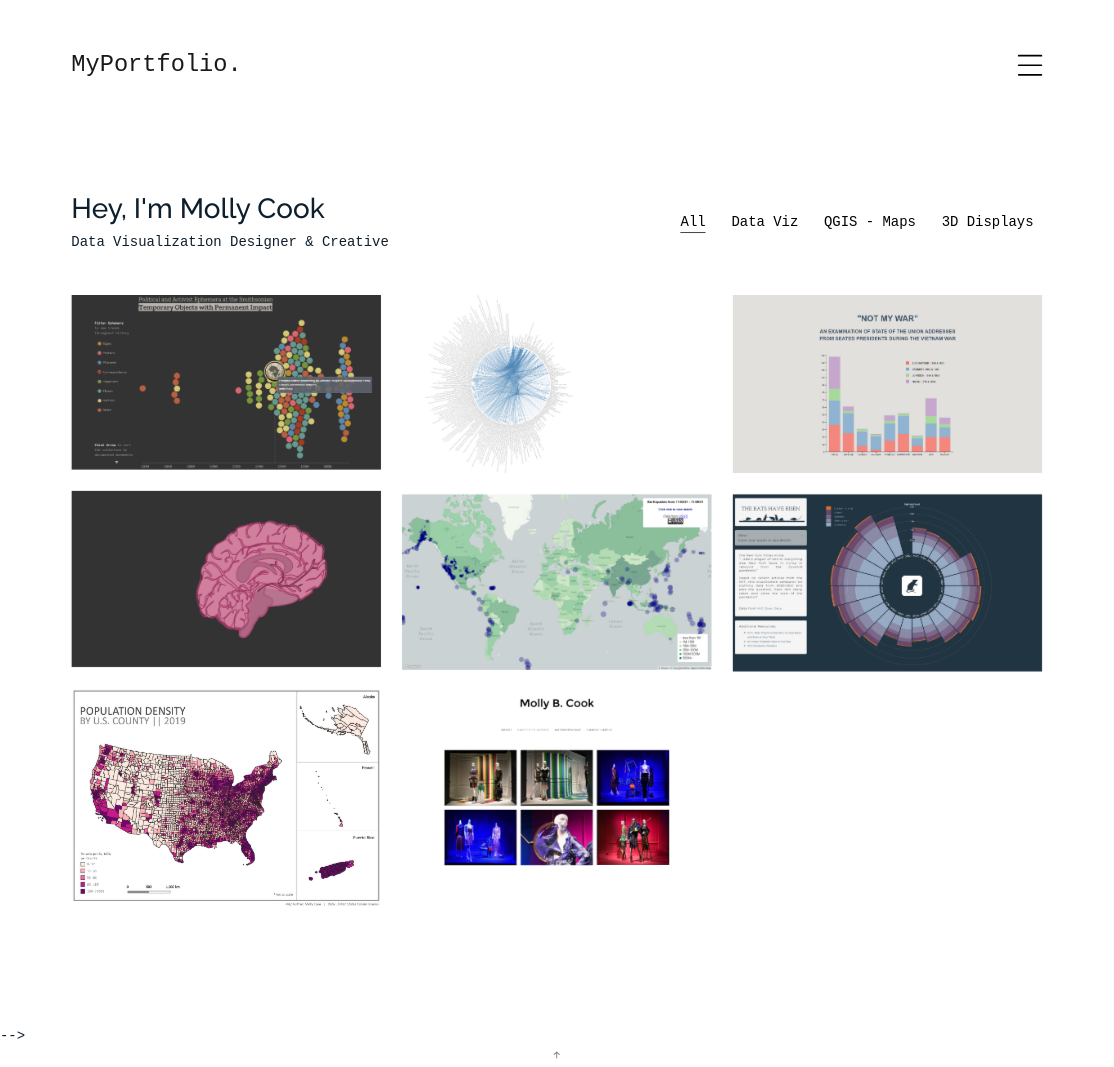
Repository: m0llyc00k/portfolio-2
Page: index.html
The author's editor kept a record of every edit. The page is drawn from the files as they stood at one moment, then again after the next edit.
The browser window is 1280 px wide. The pictures show the whole page, at 87% of full size.
Some web fonts or font styles are not loaded; a fallback is used.

Above is the page before.

### index.html
<!DOCTYPE html>
<html lang="en">

<head>
  <meta charset="utf-8">
  <meta content="width=device-width, initial-scale=1.0" name="viewport">

  <title>Molly Cook's Portfolio</title>
  <meta content="" name="description">
  <meta content="" name="keywords">

  <!-- Favicons -->
  <link href="assets/img/favicon.png" rel="icon">
  <link href="assets/img/apple-touch-icon.png" rel="apple-touch-icon">

  <!-- Google Fonts -->
  <link href="https://fonts.googleapis.com/css?family=https://fonts.googleapis.com/css?family=Inconsolata:400,500,600,700|Raleway:400,400i,500,500i,600,600i,700,700i" rel="stylesheet">

  <!-- Vendor CSS Files -->
  <link href="assets/vendor/aos/aos.css" rel="stylesheet">
  <link href="assets/vendor/bootstrap/css/bootstrap.min.css" rel="stylesheet">
  <link href="assets/vendor/bootstrap-icons/bootstrap-icons.css" rel="stylesheet">
  <link href="assets/vendor/swiper/swiper-bundle.min.css" rel="stylesheet">

  <!-- Template Main CSS File -->
  <link href="assets/css/style.css" rel="stylesheet">

  <!-- =======================================================
  * Template Name: MyPortfolio - v4.7.0
  * Template URL: https://bootstrapmade.com/myportfolio-bootstrap-portfolio-website-template/
  * Author: BootstrapMade.com
  * License: https://bootstrapmade.com/license/
  ======================================================== -->
</head>

<body>

  <!-- ======= Navbar ======= -->
  <div class="collapse navbar-collapse custom-navmenu" id="main-navbar">
    <div class="container py-2 py-md-5">
      <div class="row align-items-start">
        <div class="col-md-2">
          <ul class="custom-menu">

            <!--<li><a href="contact.html">Contact</a></li>-->
            <li><h3>About Me:</h3></li>

          </ul>
        </div>
        <div class="col-md-6 d-none d-md-block  mr-auto">
          <div class="tweet d-flex">
            <!--<span class="bi bi-twitter text-white mt-2 mr-3"></span>-->
            <div>
              <p><em>Molly Cook is a data visualization designer living in Queens, New York. She is currently enrolled in the Masters of Science, Data Visualization program and is set to graduate in May, 2022. </em></p>
            </div>
          </div>
        </div>
        <div class="col-md-4 d-none d-md-block">
          <h3>My Skillset</h3>
          <p>HTML, CSS, and Javascript. Molly is also proficient in Adobe Creative Suite and relies on her drafting and prototyping skills heavily in her design process. <br><b>Contact:</b> <br><b>Mollyc628@gmail.com</b></p>
        </div>
      </div>

    </div>
  </div>

  <nav class="navbar navbar-light custom-navbar">
    <div class="container">
      <a class="navbar-brand" href="index.html">MyPortfolio.</a>
      <a href="#" class="burger" data-bs-toggle="collapse" data-bs-target="#main-navbar">
        <span></span>
      </a>
    </div>
  </nav>

  <main id="main">

    <!-- ======= Works Section ======= -->
    <section class="section site-portfolio">
      <div class="container">
        <div class="row mb-5 align-items-center">
          <div class="col-md-12 col-lg-6 mb-4 mb-lg-0" data-aos="fade-up">
            <h2>Hey, I'm Molly Cook</h2>
            <p class="mb-0">Data Visualization Designer &amp; Creative</p>
          </div>
          <div class="col-md-12 col-lg-6 text-start text-lg-end" data-aos="fade-up" data-aos-delay="100">
            <div id="filters" class="filters">
              <a href="#" data-filter="*" class="active">All</a>
              <a href="#" data-filter=".data-viz">Data Viz</a>
              <a href="#" data-filter=".maps">QGIS - Maps</a>
              <!--<a href="#" data-filter=".branding">Branding</a>-->
              <a href="#" data-filter=".displays">3D Displays</a>
            </div>
          </div>
        </div>

        <div id="portfolio-grid" class="row no-gutter" data-aos="fade-up" data-aos-delay="200">
          <div class="item data-viz col-sm-6 col-md-4 col-lg-4 mb-4">
            <a href="work-single-bubble.html" class="item-wrap fancybox">
              <div class="work-info">
                <h3>Temporary Objects with Permanent Impact: Ephemera at the Smithsonian</h3>
                <span>Data Viz</span>
              </div>
              <img class="img-fluid" src="assets/img/bubble-overview.png">
            </a>
          </div>
          <div class="item data-viz col-sm-6 col-md-4 col-lg-4 mb-4">
            <a href="work-single-chord.html" class="item-wrap fancybox">
              <div class="work-info">
                <h3>Titles and Topics: Ephemera at the Smithsonian</h3>
                <span>Data Viz</span>
              </div>
              <img class="img-fluid" src="assets/img/chord-overview.png">
            </a>
          </div>
          <div class="item data-viz col-sm-6 col-md-4 col-lg-4 mb-4">
            <a href="work-single-war.html" class="item-wrap fancybox">
              <div class="work-info">
                <h3>"Not My War"</h3>
                <span>Data Viz</span>
              </div>
              <img class="img-fluid" src="assets/img/war-overview.png">
            </a>
          </div>


          <div class="item data-viz col-sm-6 col-md-4 col-lg-4 mb-4">
            <a href="work-single-thesis.html" class="item-wrap fancybox">
              <div class="work-info">
                <h3>Thesis - Pain & The Morphine Molecule</h3>
                <span>Under Construction</span>
              </div>
              <img class="img-fluid" src="assets/img/brain.png">
            </a>
          </div>
          <div class="item data-viz col-sm-6 col-md-4 col-lg-4 mb-4">
            <a href="work-single-rats.html" class="item-wrap fancybox">
              <div class="work-info">
                <h3>The Rats Have Risen</h3>
                <span>Data Viz</span>
              </div>
              <img class="img-fluid" src="assets/img/rats-overview.png">
            </a>
          </div>
          <div class="item data-viz col-sm-6 col-md-4 col-lg-4 mb-4">
            <a href="work-single-quake.html" class="item-wrap fancybox">
              <div class="work-info">
                <h3>Earthquakes, November 2021</h3>
                <span>Data Viz</span>
              </div>
              <img class="img-fluid" src="assets/img/earthquake-overview.png">
            </a>
          </div>

          <div class="item maps col-sm-6 col-md-4 col-lg-4 mb-4">
            <a href="work-single-gis.html" class="item-wrap fancybox">
              <div class="work-info">
                <h3>QGIS Works</h3>
                <span>Maps & Layouts</span>
              </div>
              <img class="img-fluid" src="assets/img/pop_by_county_2019_MollyCook.jpg">
            </a>
          </div>
          <div class="item displays col-sm-6 col-md-4 col-lg-4 mb-4">
            <a href="work-single-display.html" class="item-wrap fancybox">
              <div class="work-info">
                <h3>3D Display Production</h3>
                <span>3D Displays</span>
              </div>
              <img class="img-fluid" src="assets/img/display-overview.png">
            </a>
          </div>
        </div>

      </div>

    </section><!-- End  Works Section -->


    <!-- ======= Services Section ======= -->
    <!--<section class="section services">-->
    <!--  <div class="container">-->
    <!--    <div class="row justify-content-center text-center mb-4">-->
    <!--      <div class="col-5">-->
    <!--        <h3 class="h3 heading">My Services</h3>-->
    <!--        <p>Lorem ipsum dolor sit amet consectetur adipisicing elit explicabo inventore.</p>-->
    <!--      </div>-->
    <!--    </div>-->
    <!--    <div class="row">-->

    <!--      <div class="col-12 col-sm-6 col-md-6 col-lg-3">-->
    <!--        <i class="bi bi-card-checklist"></i>-->
    <!--        <h4 class="h4 mb-2">data-viz</h4>-->
    <!--        <p>Lorem ipsum dolor sit amet consectetur adipisicing elit explicabo inventore.</p>-->
    <!--        <ul class="list-unstyled list-line">-->
    <!--          <li>Lorem ipsum dolor sit amet consectetur adipisicing</li>-->
    <!--          <li>Non pariatur nisi</li>-->
    <!--          <li>Magnam soluta quod</li>-->
    <!--          <li>Lorem ipsum dolor</li>-->
    <!--          <li>Cumque quae aliquam</li>-->
    <!--        </ul>-->
    <!--      </div>-->
    <!--      <div class="col-12 col-sm-6 col-md-6 col-lg-3">-->
    <!--        <i class="bi bi-binoculars"></i>-->
    <!--        <h4 class="h4 mb-2">Mobile Applications</h4>-->
    <!--        <p>Lorem ipsum dolor sit amet consectetur adipisicing elit explicabo inventore.</p>-->
    <!--        <ul class="list-unstyled list-line">-->
    <!--          <li>Lorem ipsum dolor sit amet consectetur adipisicing</li>-->
    <!--          <li>Non pariatur nisi</li>-->
    <!--          <li>Magnam soluta quod</li>-->
    <!--          <li>Lorem ipsum dolor</li>-->
    <!--          <li>Cumque quae aliquam</li>-->
    <!--        </ul>-->
    <!--      </div>-->
    <!--      <div class="col-12 col-sm-6 col-md-6 col-lg-3">-->
    <!--        <i class="bi bi-brightness-high"></i>-->
    <!--        <h4 class="h4 mb-2">Graphic Design</h4>-->
    <!--        <p>Lorem ipsum dolor sit amet consectetur adipisicing elit explicabo inventore.</p>-->
    <!--        <ul class="list-unstyled list-line">-->
    <!--          <li>Lorem ipsum dolor sit amet consectetur adipisicing</li>-->
    <!--          <li>Non pariatur nisi</li>-->
    <!--          <li>Magnam soluta quod</li>-->
    <!--          <li>Lorem ipsum dolor</li>-->
    <!--          <li>Cumque quae aliquam</li>-->
    <!--        </ul>-->
    <!--      </div>-->
    <!--      <div class="col-12 col-sm-6 col-md-6 col-lg-3">-->
    <!--        <i class="bi bi-calendar4-week"></i>-->
    <!--        <h4 class="h4 mb-2">SEO</h4>-->
    <!--        <p>Lorem ipsum dolor sit amet consectetur adipisicing elit explicabo inventore.</p>-->
    <!--        <ul class="list-unstyled list-line">-->
    <!--          <li>Lorem ipsum dolor sit amet consectetur adipisicing</li>-->
    <!--          <li>Non pariatur nisi</li>-->
    <!--          <li>Magnam soluta quod</li>-->
    <!--          <li>Lorem ipsum dolor</li>-->
    <!--          <li>Cumque quae aliquam</li>-->
    <!--        </ul>-->
    <!--      </div>-->
    <!--    </div>-->
    <!--  </div>-->
    <!--</section><!-- End Services Section -->-->



    <a href="#" class="back-to-top d-flex align-items-center justify-content-center"><i class="bi bi-arrow-up-short"></i></a>

    <!-- Vendor JS Files -->
    <script src="assets/vendor/aos/aos.js"></script>
    <script src="assets/vendor/bootstrap/js/bootstrap.bundle.min.js"></script>
    <script src="assets/vendor/isotope-layout/isotope.pkgd.min.js"></script>
    <script src="assets/vendor/swiper/swiper-bundle.min.js"></script>
    <script src="assets/vendor/php-email-form/validate.js"></script>

    <!-- Template Main JS File -->
    <script src="assets/js/main.js"></script>

</body>

</html>

### assets/css/style.css
/**
* Template Name: MyPortfolio - v4.7.0
* Template URL: https://bootstrapmade.com/myportfolio-bootstrap-portfolio-website-template/
* Author: BootstrapMade.com
* License: https://bootstrapmade.com/license/
*/

/*--------------------------------------------------------------
# General
--------------------------------------------------------------*/
body {
  font-family: "Inconsolata", monospace;
  color: #0d1e2d;
}

a {
  color: #777;
  text-decoration: none;
}

a:hover {
  color: #000;
}

h1, h2, h3, h4, h5, h6, .font-heading {
  font-family: "Raleway", sans-serif;
}

.section {
  padding: 7rem 0;
}

.filters a {
  text-decoration: none;
  color: #000;
  display: inline-block;
  padding-left: 10px;
  padding-right: 10px;
  position: relative;
}
.filters a:hover, .filters a:focus, .filters a:active {
  text-decoration: none;
}
.filters a:hover:before {
  content: "";
  position: absolute;
  left: 10px;
  right: 10px;
  bottom: 0;
  height: 1px;
  background-color: #000;
}
.filters a.active {
  color: #000;
}
.filters a.active:before {
  content: "";
  position: absolute;
  left: 10px;
  right: 10px;
  bottom: 0;
  height: 1px;
  background-color: #000;
}

.item {
  border: none;
  margin-bottom: 30px;
}
.item .item-wrap {
  display: block;
  position: relative;
  overflow: hidden;
}
.item .item-wrap:after {
  z-index: 2;
  position: absolute;
  content: "";
  top: 0;
  left: 0;
  right: 0;
  bottom: 0;
  background: rgba(0, 0, 0, 0.4);
  visibility: hidden;
  opacity: 0;
  transition: 0.3s all ease-in-out;
}
.item .item-wrap img {
  transition: 0.3s transform ease;
  transform: scale(1);
}
.item .item-wrap > .work-info {
  position: absolute;
  top: 50%;
  width: 100%;
  text-align: center;
  z-index: 3;
  transform: translateY(-50%);
  color: #fff;
  opacity: 0;
  visibility: hidden;
  margin-top: 20px;
  transition: 0.3s all ease;
}
.item .item-wrap > .work-info h3 {
  font-size: 20px;
  margin-bottom: 0;
}
.item .item-wrap > .work-info span {
  font-size: 14px;
  text-transform: uppercase;
  letter-spacing: 0.2rem;
}
.item .item-wrap:hover {
  text-decoration: none;
}
.item .item-wrap:hover img {
  transform: scale(1.05);
}
.item .item-wrap:hover:after {
  opacity: 1;
  visibility: visible;
}
.item .item-wrap:hover .work-info {
  margin-top: 0px;
  opacity: 1;
  visibility: visible;
}

.testimonial-wrap {
  padding: 50px 50px 80px 50px;
  background: #eceff2;
}
.testimonial-wrap .testimonial {
  text-align: center;
  max-width: 500px;
  margin: 0 auto;
}
.testimonial-wrap .testimonial img {
  border-radius: 50%;
  width: 120px;
  margin: 0 auto 30px auto;
}
.testimonial-wrap .testimonial blockquote p {
  font-size: 20px;
}

.h3 {
  font-size: 20px;
}

.h4 {
  font-size: 16px;
}

.heading {
  font-size: 28px;
}

.readmore {
  display: inline-block;
  border: 1px solid #000;
  padding: 10px 15px;
  font-size: 12px;
  text-transform: uppercase;
  color: #000;
  transition: 0.2s all ease;
  font-weight: 700;
}
.readmore:active, .readmore:focus, .readmore:hover {
  outline: none;
}
.readmore:hover {
  color: #fff;
  text-decoration: none;
  background: #000;
}

.testimonials-slider .swiper-pagination {
  margin-top: -60px;
  position: relative;
}
.testimonials-slider .swiper-pagination .swiper-pagination-bullet {
  width: 12px;
  height: 12px;
  background-color: rgba(13, 30, 45, 0.3);
  opacity: 1;
}
.testimonials-slider .swiper-pagination .swiper-pagination-bullet-active {
  background-color: rgba(13, 30, 45, 0.6);
}

.sticky-content {
  position: sticky;
  position: -webkit-sticky;
  top: 0;
  /* required */
}

.list-line li {
  margin-bottom: 10px;
  position: relative;
  padding-left: 30px;
}
.list-line li:before {
  content: "";
  position: absolute;
  left: 0;
  top: 0.7rem;
  width: 10px;
  height: 2px;
  background: #000;
}

.form-control {
  border-radius: 0;
  background: #f8f9fa;
  border: 1px solid transparent;
  padding-top: 10px !important;
  padding-bottom: 10px !important;
}
.form-control:active, .form-control:focus {
  background: #eff1f4;
  outline: none;
  box-shadow: none;
  border: 1px solid transparent;
}

.custom-progress {
  height: 7px;
  border-radius: 0;
}
.custom-progress .progress-bar {
  background: #000;
}

/* Services */
.services i {
  font-size: 40px;
}
.services h4 {
  padding-top: 10px;
}

/* Contact Form */
.php-email-form .error-message {
  display: none;
  color: #fff;
  background: #ed3c0d;
  text-align: left;
  padding: 15px;
  font-weight: 600;
}
.php-email-form .error-message br + br {
  margin-top: 25px;
}
.php-email-form .sent-message {
  display: none;
  color: #fff;
  background: #18d26e;
  text-align: center;
  padding: 15px;
  font-weight: 600;
}
.php-email-form .loading {
  display: none;
  background: #fff;
  text-align: center;
  padding: 15px;
}
.php-email-form .loading:before {
  content: "";
  display: inline-block;
  border-radius: 50%;
  width: 24px;
  height: 24px;
  margin: 0 10px -6px 0;
  border: 3px solid #18d26e;
  border-top-color: #eee;
  -webkit-animation: animate-loading 1s linear infinite;
  animation: animate-loading 1s linear infinite;
}

@-webkit-keyframes animate-loading {
  0% {
    transform: rotate(0deg);
  }
  100% {
    transform: rotate(360deg);
  }
}

@keyframes animate-loading {
  0% {
    transform: rotate(0deg);
  }
  100% {
    transform: rotate(360deg);
  }
}
/*--------------------------------------------------------------
# Header
--------------------------------------------------------------*/
/* Custom Navmenu */
.custom-navmenu {
  background: #0d1e2d;
}
.custom-navmenu .custom-menu, .custom-navmenu .custom-menu li {
  padding: 0;
  margin: 0;
  list-style: none;
}
.custom-navmenu .custom-menu li {
  margin-bottom: 0;
  font-size: 20px;
}
.custom-navmenu .custom-menu li a {
  color: #fff;
  padding: 10px 0 !important;
}
.custom-navmenu .custom-menu li a:hover {
  text-decoration: none;
}
.custom-navmenu .custom-menu li.active a {
  text-decoration: underline;
}
.custom-navmenu h3 {
  font-size: 20px;
  color: #fff;
}
.custom-navmenu p {
  color: rgba(255, 255, 255, 0.6);
}
.custom-navmenu a {
  color: rgba(255, 255, 255, 0.7);
}
.custom-navmenu a:hover {
  color: #fff;
}

/* Custom Navbar */
.custom-navbar {
  padding-top: 50px;
  width: 100%;
}
@media (max-width: 780px) {
  .custom-navbar > .container {
    padding-right: 0;
    padding-left: 0;
  }
}
.custom-navbar .navbar-brand {
  font-size: 1.7rem;
}

/* Burger */
.burger {
  width: 28px;
  height: 32px;
  cursor: pointer;
  position: relative;
}

.burger:before, .burger span, .burger:after {
  width: 100%;
  height: 2px;
  display: block;
  background: #000;
  border-radius: 2px;
  position: absolute;
  opacity: 1;
}

.burger:before, .burger:after {
  transition: top 0.35s cubic-bezier(0.23, 1, 0.32, 1), transform 0.35s cubic-bezier(0.23, 1, 0.32, 1), opacity 0.35s cubic-bezier(0.23, 1, 0.32, 1), background-color 1.15s cubic-bezier(0.86, 0, 0.07, 1);
  -webkit-transition: top 0.35s cubic-bezier(0.23, 1, 0.32, 1), -webkit-transform 0.35s cubic-bezier(0.23, 1, 0.32, 1), opacity 0.35s cubic-bezier(0.23, 1, 0.32, 1), background-color 1.15s cubic-bezier(0.86, 0, 0.07, 1);
  content: "";
}

.burger:before {
  top: 4px;
}

.burger span {
  top: 15px;
}

.burger:after {
  top: 26px;
}

/* Hover */
.burger:hover:before {
  top: 7px;
}

.burger:hover:after {
  top: 23px;
}

/* Click */
.burger.active span {
  opacity: 0;
}

.burger.active:before, .burger.active:after {
  top: 40%;
}

.burger.active:before {
  transform: rotate(45deg);
}

.burger.active:after {
  transform: rotate(-45deg);
}

.burger:focus {
  outline: none;
}

/*--------------------------------------------------------------
# Footer
--------------------------------------------------------------*/
.footer {
  padding: 0 0 4rem 0;
}
.footer a {
  color: #000;
}

.social a {
  display: inline-block;
  width: 50px;
  height: 50px;
  border-radius: 50%;
  background: #f8f9fa;
  position: relative;
  text-align: center;
  color: #0d1e2d;
}
.social a span {
  display: inline-block;
  left: 50%;
  position: absolute;
  top: 50%;
  transform: translate(-50%, -50%);
}
.social a:hover {
  color: #000;
}

### assets/js/main.js
/**
* Template Name: MyPortfolio - v4.7.0
* Template URL: https://bootstrapmade.com/myportfolio-bootstrap-portfolio-website-template/
* Author: BootstrapMade.com
* License: https://bootstrapmade.com/license/
*/
(function() {
  "use strict";

  /**
   * Easy selector helper function
   */
  const select = (el, all = false) => {
    el = el.trim()
    if (all) {
      return [...document.querySelectorAll(el)]
    } else {
      return document.querySelector(el)
    }
  }

  /**
   * Easy event listener function
   */
  const on = (type, el, listener, all = false) => {
    let selectEl = select(el, all)
    if (selectEl) {
      if (all) {
        selectEl.forEach(e => e.addEventListener(type, listener))
      } else {
        selectEl.addEventListener(type, listener)
      }
    }
  }

  /**
   * Easy on scroll event listener
   */
  const onscroll = (el, listener) => {
    el.addEventListener('scroll', listener)
  }

  /**
   * burgerMenu
   */
  const burgerMenu = select('.burger')
  on('click', '.burger', function(e) {
    burgerMenu.classList.toggle('active');
  })

  /**
   * Porfolio isotope and filter
   */
  window.addEventListener('load', () => {
    let portfolioContainer = select('#portfolio-grid');
    if (portfolioContainer) {
      let portfolioIsotope = new Isotope(portfolioContainer, {
        itemSelector: '.item',
      });

      let portfolioFilters = select('#filters a', true);

      on('click', '#filters a', function(e) {
        e.preventDefault();
        portfolioFilters.forEach(function(el) {
          el.classList.remove('active');
        });
        this.classList.add('active');

        portfolioIsotope.arrange({
          filter: this.getAttribute('data-filter')
        });
        portfolioIsotope.on('arrangeComplete', function() {
          AOS.refresh()
        });
      }, true);
    }

  });

  /**
   * Testimonials slider
   */
  new Swiper('.testimonials-slider', {
    speed: 600,
    loop: true,
    autoplay: {
      delay: 5000,
      disableOnInteraction: false
    },
    slidesPerView: 'auto',
    pagination: {
      el: '.swiper-pagination',
      type: 'bullets',
      clickable: true
    }
  });

  /**
   * Animation on scroll
   */
  window.addEventListener('load', () => {
    AOS.init({
      duration: 1000,
      easing: 'ease-in-out',
      once: true,
      mirror: false
    })
  });

})()

Loaded but not shown: assets/vendor/aos/aos.css (library); assets/vendor/bootstrap/css/bootstrap.min.css (library); assets/vendor/bootstrap-icons/bootstrap-icons.css (library); assets/vendor/swiper/swiper-bundle.min.css (library); assets/vendor/aos/aos.js (library); assets/vendor/bootstrap/js/bootstrap.bundle.min.js (library); assets/vendor/isotope-layout/isotope.pkgd.min.js (library); assets/vendor/swiper/swiper-bundle.min.js (library); assets/vendor/php-email-form/validate.js (common file)

After the next edit:
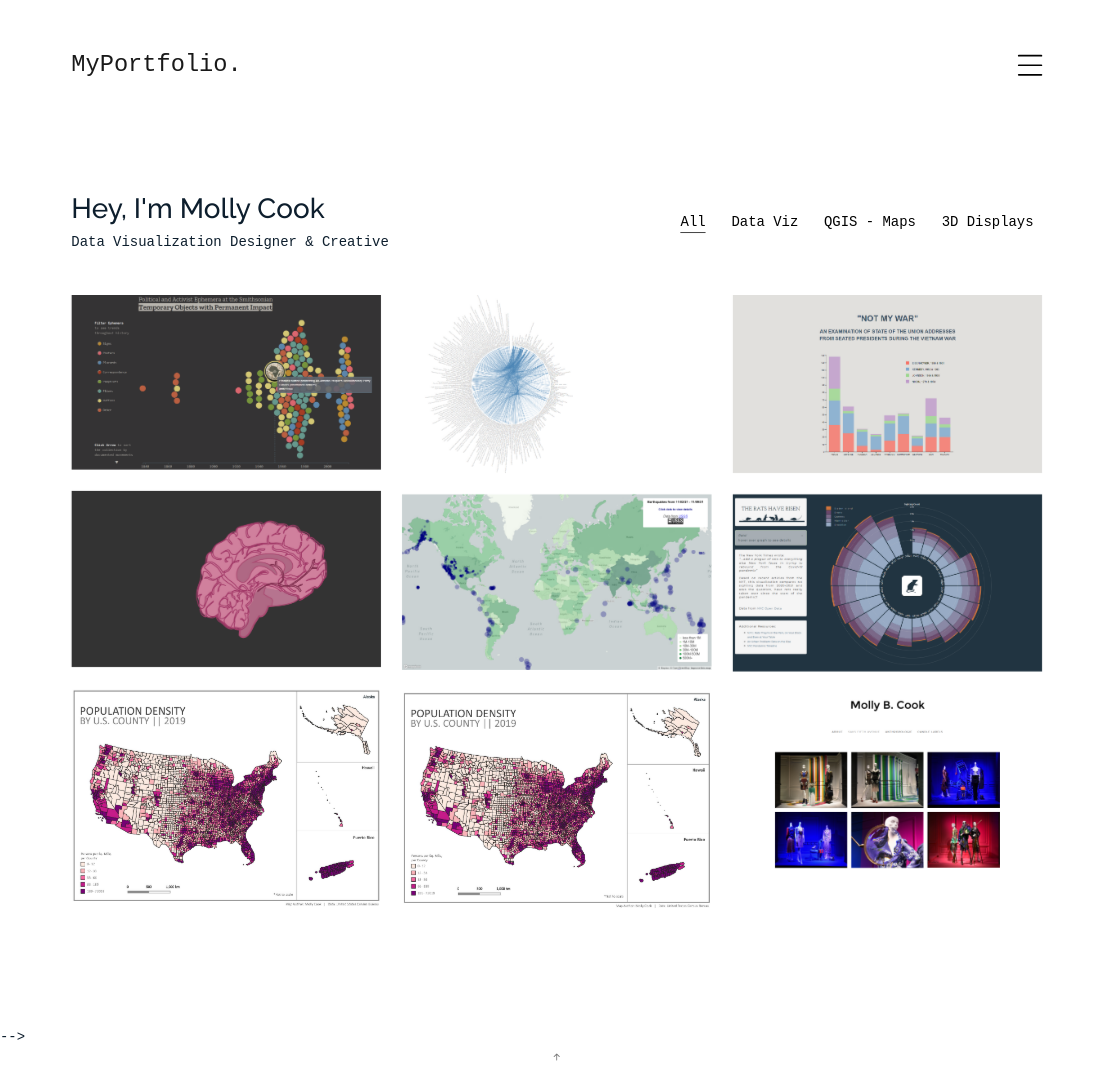
The edit:
--- a/index.html
+++ b/index.html
@@ -161,6 +161,15 @@
               <img class="img-fluid" src="assets/img/pop_by_county_2019_MollyCook.jpg">
             </a>
           </div>
+          <div class="item maps col-sm-6 col-md-4 col-lg-4 mb-4">
+            <a href="work-single-gis.html" class="item-wrap fancybox">
+              <div class="work-info">
+                <h3>Alcoholics Anonymous Map: Data Scraping</h3>
+                <span>Maps & Layouts</span>
+              </div>
+              <img class="img-fluid" src="assets/img/pop_by_county_2019_MollyCook.jpg">
+            </a>
+          </div>
           <div class="item displays col-sm-6 col-md-4 col-lg-4 mb-4">
             <a href="work-single-display.html" class="item-wrap fancybox">
               <div class="work-info">
